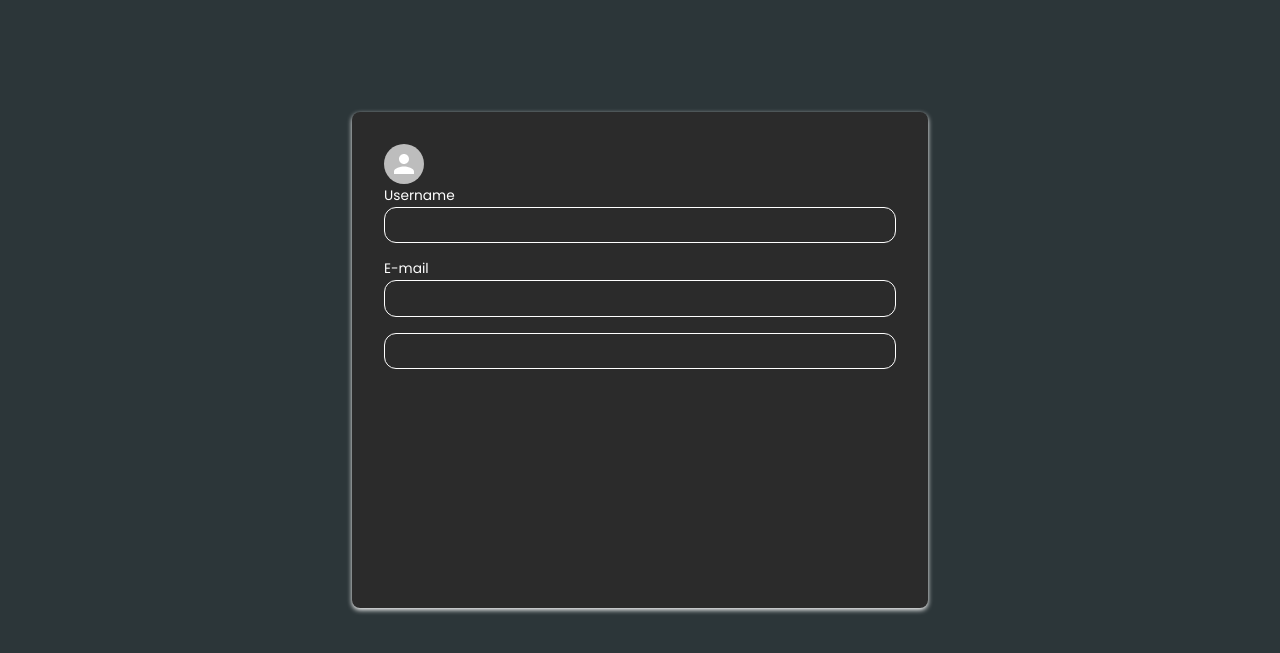
Repository: IzzaSuni/Izza-ToDo
Page: /publicNote/Private/profile
The author's editor kept a copy of each file at every save. The page is drawn from the files as they stood at one save, then again after the next save.
The browser window is 1280 px wide. The pictures show the whole page.
The project was rebuilt for these pictures with package versions that can differ from the ones it lists, and the page was loaded fresh each time. Also part of the build but not shown: src/App.css, src/services.js, src/components/List.js, src/components/Filter.js, src/components/ohayo.js, src/utils/Query.js, src/components/navbar.js, src/components/MainPage.js and 4 more.

Above is the page before, as saved 2022-08-20 11:32:22.

After the next save:
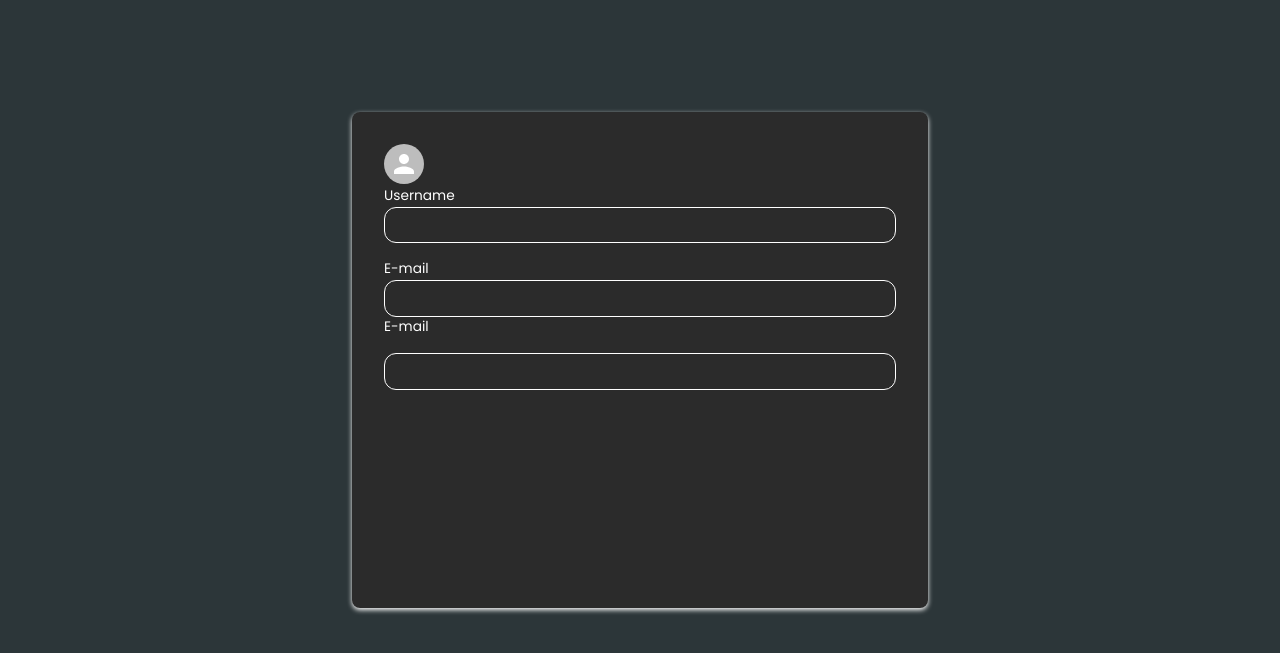
Saved 10 s later.
--- a/src/components/Profile.js
+++ b/src/components/Profile.js
@@ -41,6 +41,7 @@ export default function Profile() {
             </Box>
             <Typography>E-mail</Typography>
             <Input type="email" defVal={user.email} isdisabled />
+            <Typography>E-mail</Typography>
             <Box pt={2}>
               <Input type="email" defVal={user.user} isdisabled />
             </Box>
